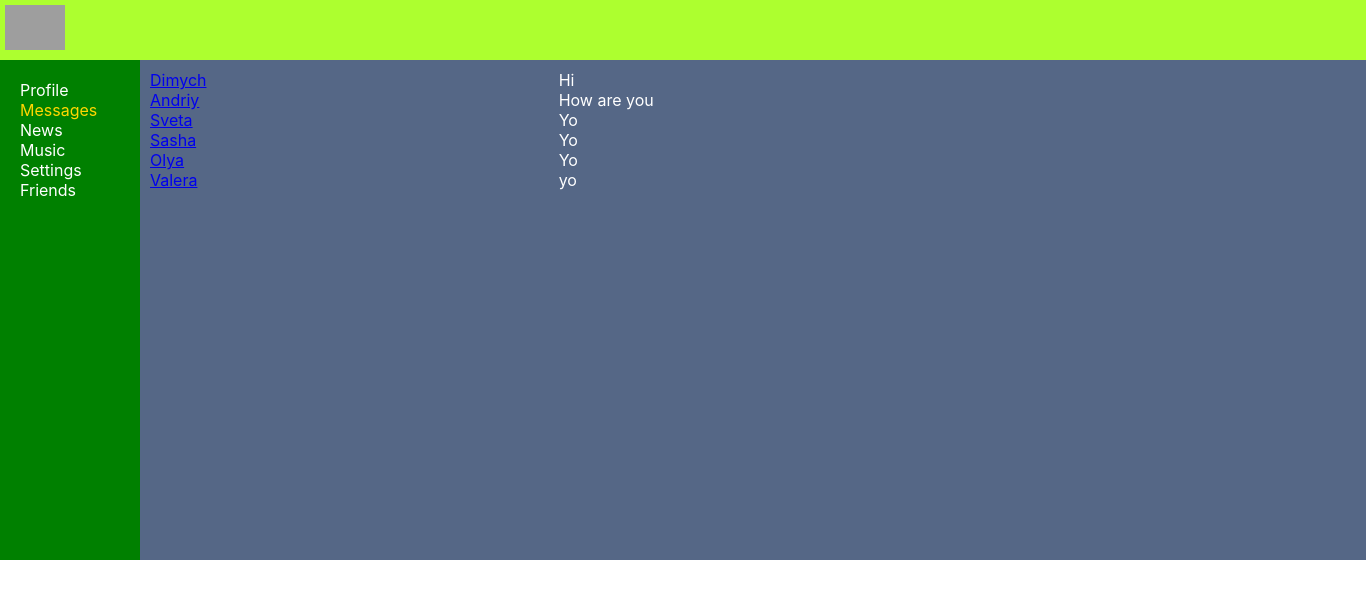
Repository: AndreyMykulych/FirstProject
Page: /dialogs
An editor plug-in stored every save of this project. The page is shown before and after the next save, followed by the edit.
The browser window is 1280 px wide. The page is 1366 px wide, so the pictures cover 1366 px, including what lies to the right of the window. The pictures show the whole page.
Pictures or frames that could not be fetched are drawn as grey boxes. The project was rebuilt for these pictures with package versions that can differ from the ones it lists, and the page was loaded fresh each time. Also part of the build but not shown: src/components/Profile/MyPosts/MyPosts.module.css, src/components/Profile/MyPosts/Post/Post.module.css, src/components/Profile/MyPosts/Post/Post.jsx, src/components/Profile/MyPosts/MyPosts.jsx, src/components/Profile/ProfileInfo/ProfileInfo.module.css, src/components/Profile/ProfileInfo/ProfileInfo.jsx, src/components/Profile/Profile.jsx.

Above is the page before, as saved 2022-06-08 21:25:21.

After the next save:
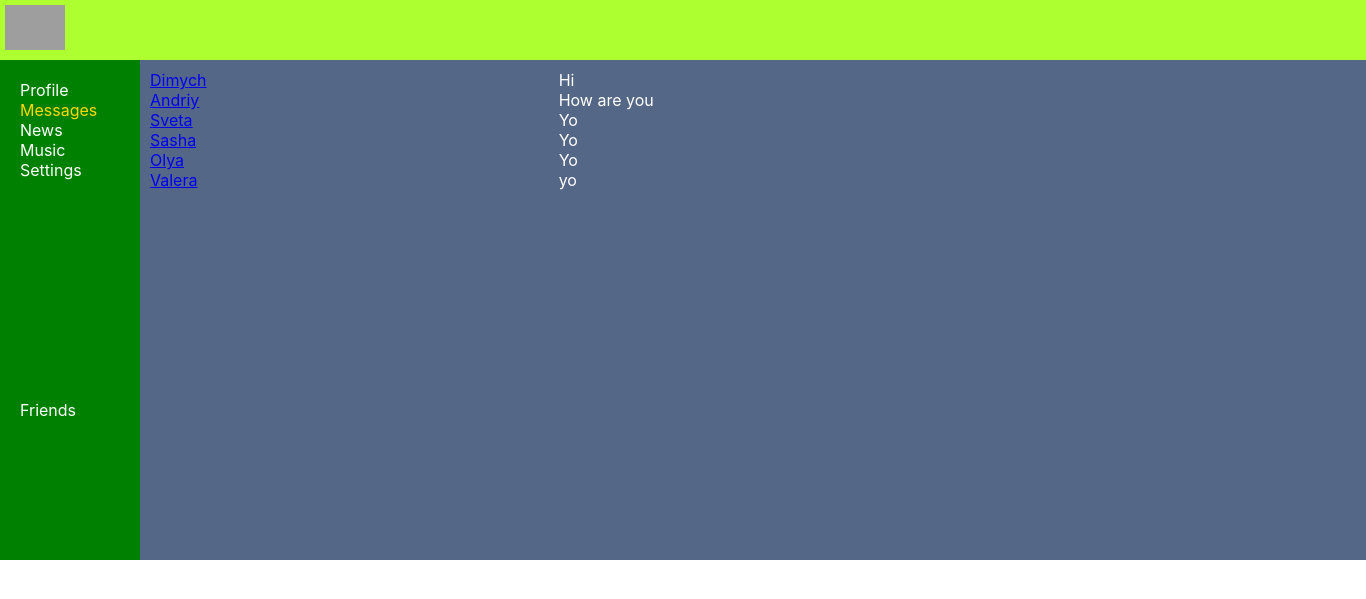
Saved 8 s later.
--- a/src/components/Navbar/Navbar.module.css
+++ b/src/components/Navbar/Navbar.module.css
@@ -19,6 +19,6 @@
 
 .sidebarBlock {
 color:white;
-position : sticky;
+position : absolute;
 top : 400px;
 }
